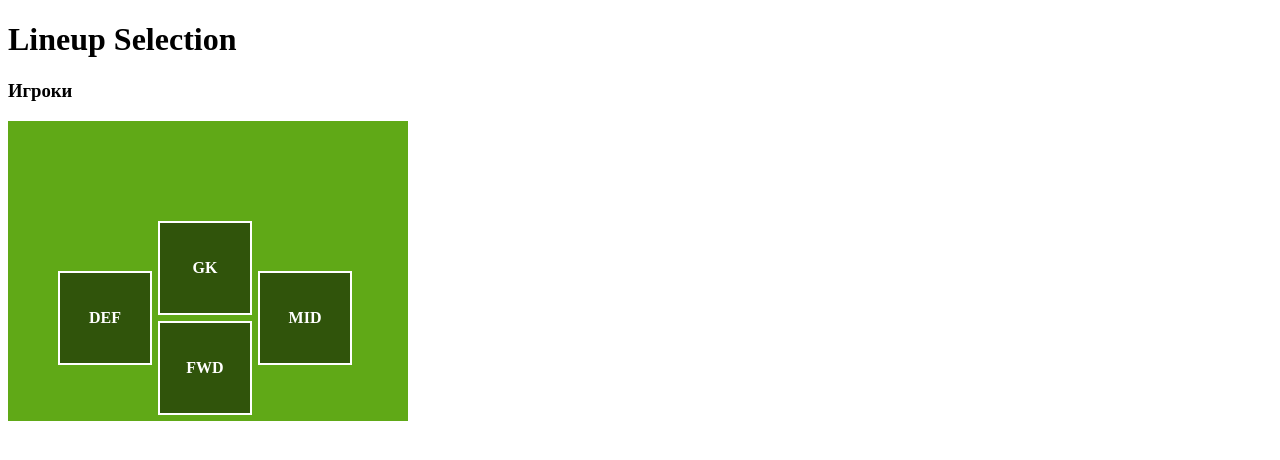
Repository: greatgreek73/soccergame
Page: http://localhost/lineup-selection/
An editor plug-in stored every save of this project. The page is shown before and after the next save, followed by the edit.
The browser window is 1280 px wide. The pictures show the whole page.
Some web libraries are served in a nearby version. The page is served by the project's application, run on Django 4.2 (manage.py). A made-up administrator, testuser (Test User, test@example.com), is signed in. Queries for data that is not in the repository find no rows.

Above is the page before, as saved 2024-04-17 06:54:04.

After the next save:
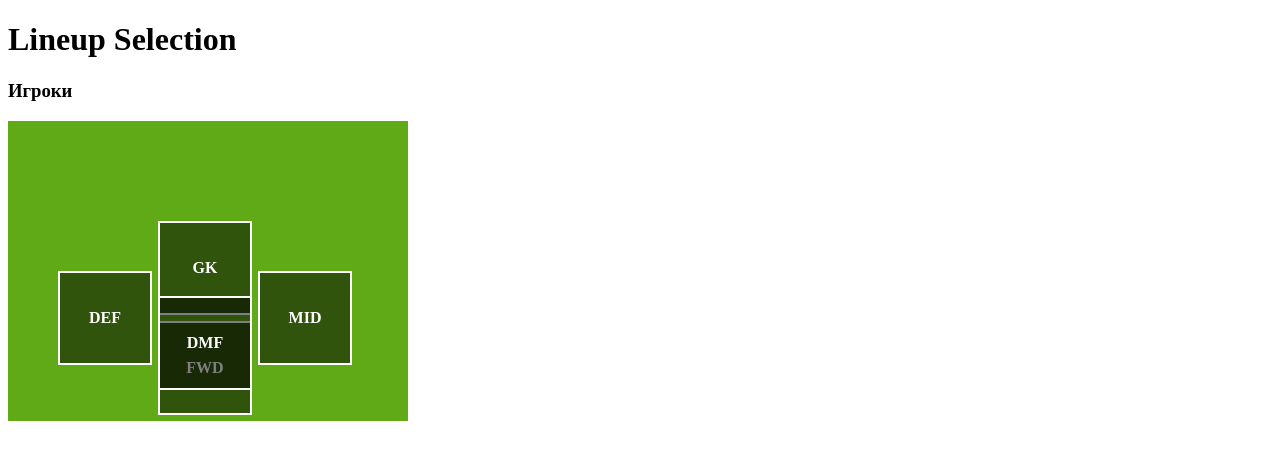
Saved 37 h 58 min later.
--- a/players/templates/lineup_selection.html
+++ b/players/templates/lineup_selection.html
@@ -173,6 +173,8 @@
         <div class="position" data-position="DEF" style="top: 150px; left: 50px;">DEF</div>
         <div class="position" data-position="MID" style="top: 150px; left: 250px;">MID</div>
         <div class="position" data-position="FWD" style="top: 200px; left: 150px;">FWD</div>
+        <div class="position" data-position="DMF" style="top: 175px; left: 150px;">DMF</div>
+
     </div>
 </body>
 </html>
